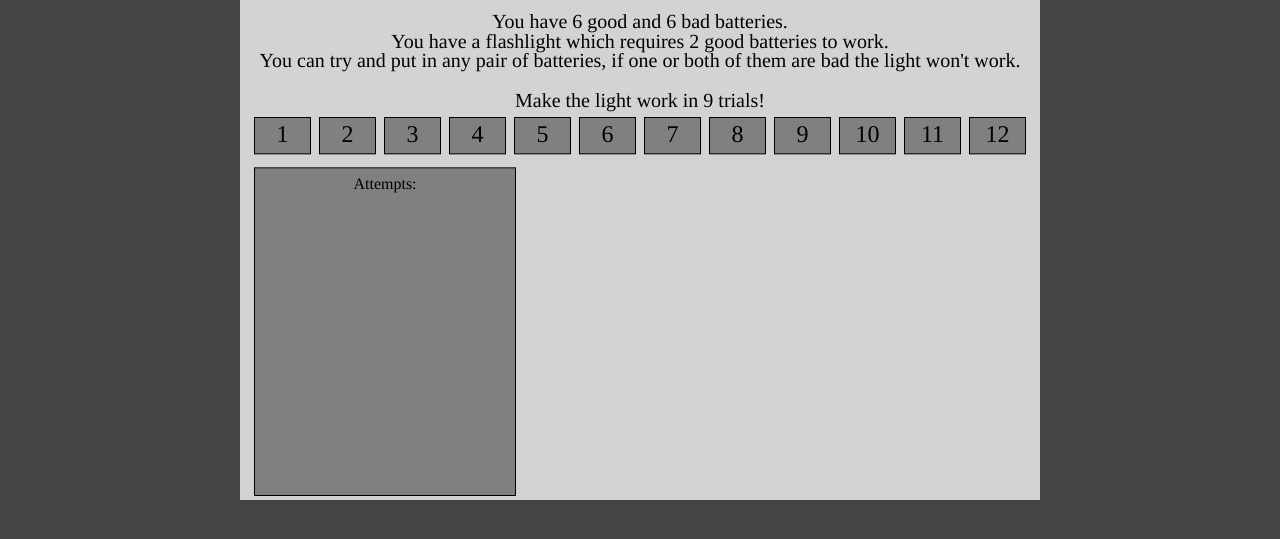
Repository: StevenZsombo/games
Page: docs/batteries/batteries.html
These files come from the project's save history. The page is drawn as it stood at one moment and after the next save; the edit follows.
The browser window is 1280 px wide. The pictures show the whole page.

Above is the page before, as saved 2025-07-04 10:05:31.

After the next save:
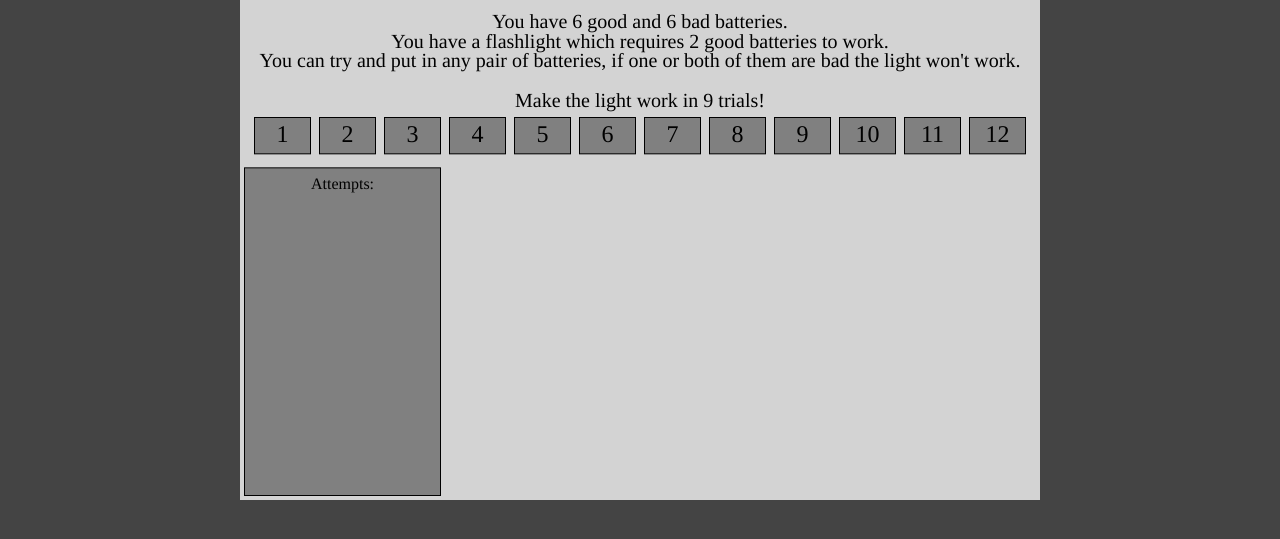
Saved 14 min 7 s later.
--- a/docs/batteries.js
+++ b/docs/batteries.js
@@ -264,8 +264,9 @@ Make the light work in 9 trials!
         this.grid[0].resize(this.grid[0].width, this.batteries[0].top)
         this.grid[0].move(0, 18)
 
-        this.tablebg = this.grid[2].splitCol(1, 2)[0]
+        this.tablebg = this.grid[2].splitCol(1, 3)[0]
         this.tablebg.leftat(this.batteries[0].left)
+        this.tablebg.rightat(this.batteries[2].right)
 
         this.table = this.tablebg.splitRow(...Array(10).fill(1)).map(Button.fromRect)
         this.tablebg = Button.fromRect(this.tablebg)
@@ -287,7 +288,9 @@ Make the light work in 9 trials!
         this.victory = () => {
             if (this.alloptions.length != 0) { //you lose
                 const badones = MM.choice(this.alloptions).map(i => i - 1)
-                console.log(badones)
+                this.batteries.forEach((b, i) => {
+                    b.color = badones.includes(i) ? "red" : "green"
+                })
             } else {  //you win!
 
             }
@@ -307,6 +310,7 @@ Make the light work in 9 trials!
                     this.animator.add_anim(this.batteries[this.attempts.first - 1], 80, "wiggle", {
                         dx: 5, dy: 5,
                         on_end: () => {
+                            if (this.attempts.count == 9) { return }
                             this.batteries[this.attempts.first - 1].color = "gray"
                             this.batteries[i - 1].color = "gray"
                             this.attempts.first = null
